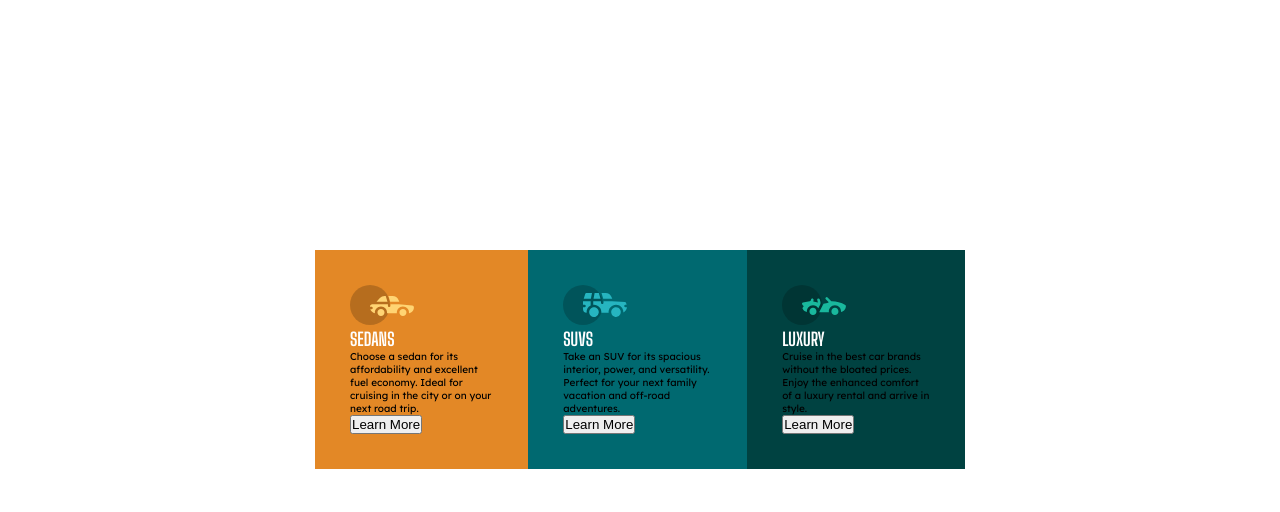
Repository: thaibaocoder1/3-column-card
Page: index.html
These files come from the project's save history. The page is drawn as it stood at one moment and after the next save; the edit follows.
The browser window is 1280 px wide. The pictures show the whole page.

Above is the page before, as saved 2023-01-11 20:56:22.

### index.html
<!DOCTYPE html>
<html lang="en">
<head>
  <meta charset="UTF-8">
  <meta name="viewport" content="width=device-width, initial-scale=1.0">
  <link rel="icon" type="image/png" sizes="32x32" href="./images/favicon-32x32.png">
  <title>Frontend Mentor | 3-column preview card component</title>
  <link rel="preconnect" href="https://fonts.googleapis.com">
  <link rel="preconnect" href="https://fonts.gstatic.com" crossorigin>
  <link href="https://fonts.googleapis.com/css2?family=Big+Shoulders+Display:wght@700&family=Lexend+Deca&display=swap" rel="stylesheet">
  <link rel="stylesheet" href="./styles.css">
</head>
<body>

  <main class="container">
    <div class="container__box container__box--one">
      <img src="./images/icon-sedans.svg" alt="" class="container--image">
      <h1 class="container--heading">Sedans</h1>
      <p class="container--content">
        Choose a sedan for its affordability and excellent fuel economy. Ideal for cruising in the city
        or on your next road trip.
      </p>
      <button class="container--btn">Learn More</button>
    </div>

    <div class="container__box container__box--two">
      <img src="./images/icon-suvs.svg" alt="" class="container--image">
      <h1 class="container--heading">Suvs</h1>
      <p class="container--content">
        Take an SUV for its spacious interior, power, and versatility. Perfect for your next family vacation
        and off-road adventures.
      </p>
      <button class="container--btn">Learn More</button>
    </div>

    <div class="container__box container__box--three">
      <img src="./images/icon-luxury.svg" alt="" class="container--image">
      <h1 class="container--heading">Luxury</h1>
      <p class="container--content">
        Cruise in the best car brands without the bloated prices. Enjoy the enhanced comfort of a luxury
        rental and arrive in style.
      </p>
      <button class="container--btn">Learn More</button>
    </div>
  </main>


</body>
</html>

### styles.css
* {
    margin: 0;
    padding: 0;
    box-sizing: border-box;
}
html {
    font-size: 62.5%;
}
body {
    text-rendering: optimizeLegibility;
    scroll-behavior: smooth;
    font-family: 'Big Shoulders Display', cursive;
    font-family: 'Lexend Deca', sans-serif;
    display: flex;
    align-items: center;
    justify-content: center;
    min-height: calc(100vh - 1px);
}
:root {
    --bright-orange: hsl(31, 77%, 52%);
    --dark-cyan: hsl(184, 100%, 22%);
    --very-dark-cyan: hsl(179, 100%, 13%);
    --white-p:  hsla(0, 0%, 100%, 0.75);
    --light-gray: hsl(0, 0%, 95%);
}
.container {
    max-width: 65rem;
    margin: 0 auto;
    background-color: var(--light-gray);
    display: flex;
    align-items: stretch;
    justify-content: center;
}
.container .container__box--one {
    background-color: var(--bright-orange);
}
.container .container__box--two {
    background-color: var(--dark-cyan);
}
.container .container__box--three {
    background-color: var(--very-dark-cyan);
}
.container .container__box {
    padding: 3.5rem;
}
.container__box .container--heading {
    color: #fff;
    font-family: 'Big Shoulders Display', cursive;
    text-transform: uppercase;
    font-size: 1.8rem;
}

After the next save:
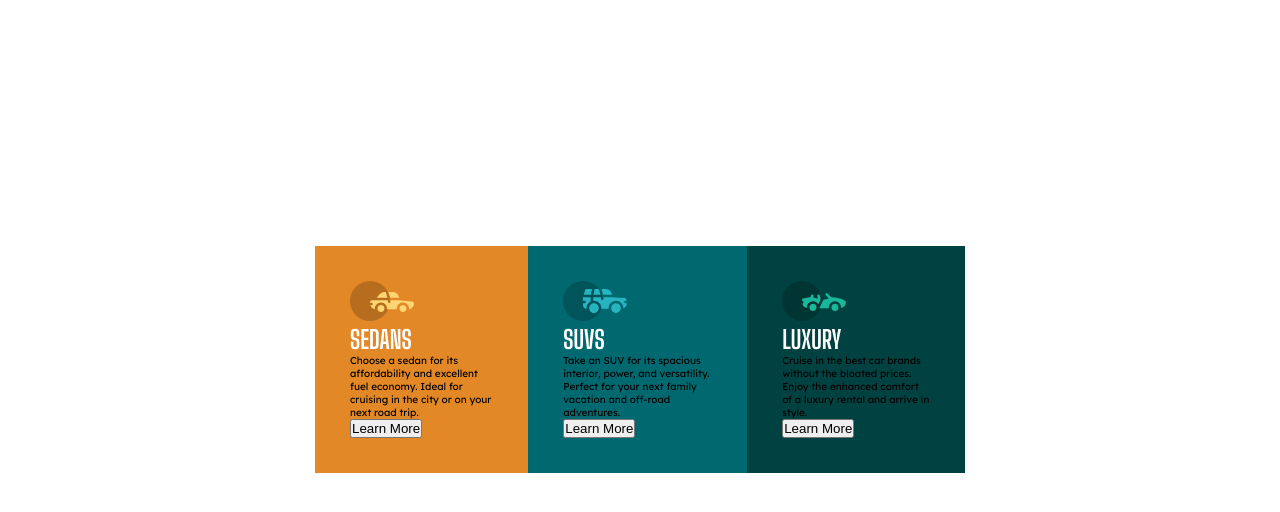
Saved 7 s later.
--- a/styles.css
+++ b/styles.css
@@ -47,5 +47,5 @@
     color: #fff;
     font-family: 'Big Shoulders Display', cursive;
     text-transform: uppercase;
-    font-size: 1.8rem;
+    font-size: 2.5rem;
 }
